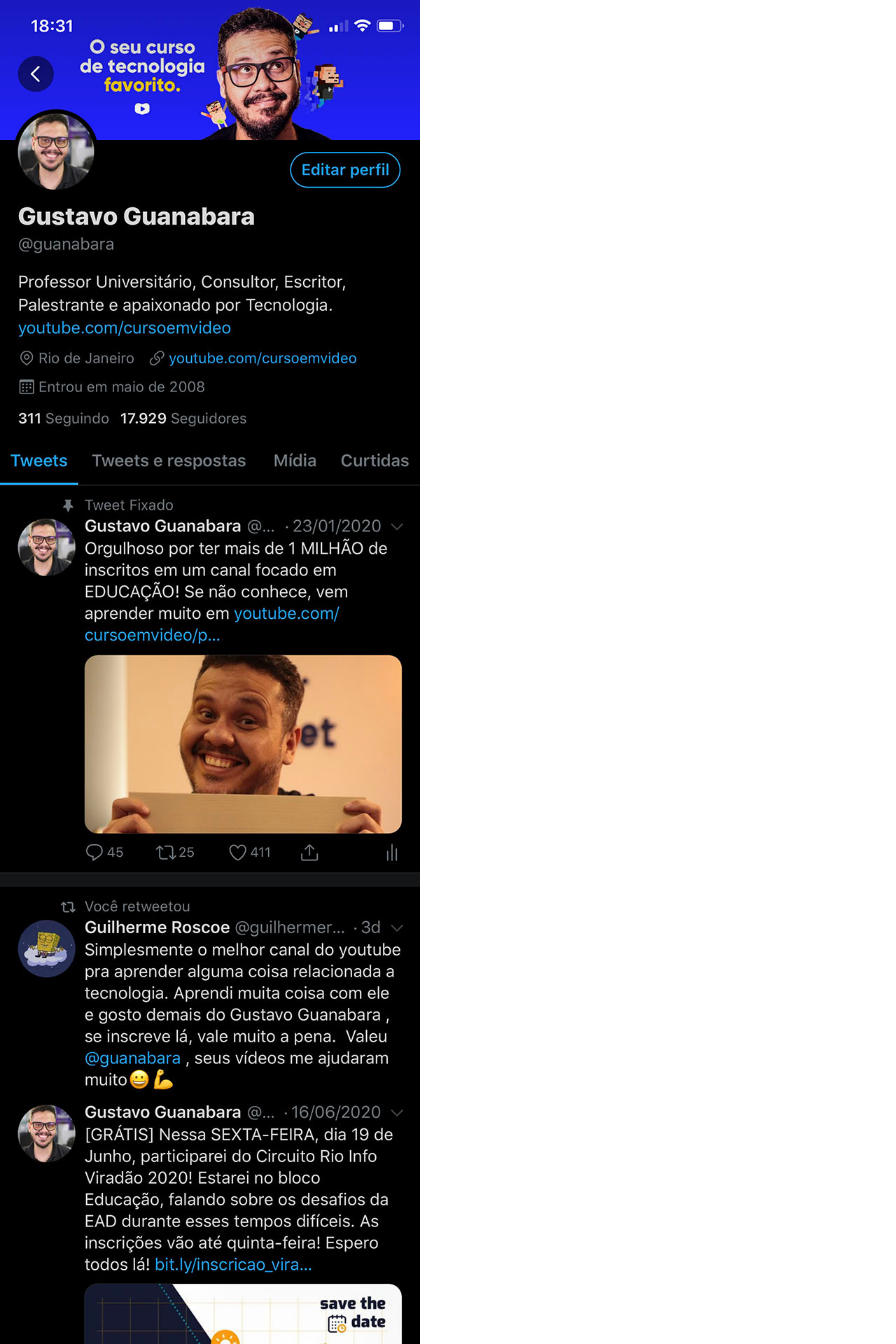
Repository: DorivalJunior14/Projeto-social
Page: twitter.html
These files come from the project's save history. The page is drawn as it stood at one moment and after the next save; the edit follows.
The browser window is 1280 px wide. The pictures show the part of the page from y = 0 to 1920 px (the page is 6366 px tall before and 13237 px after), at 70% of full size.

Above is the page before, as saved 2022-07-05 11:03:47.

After the next save:
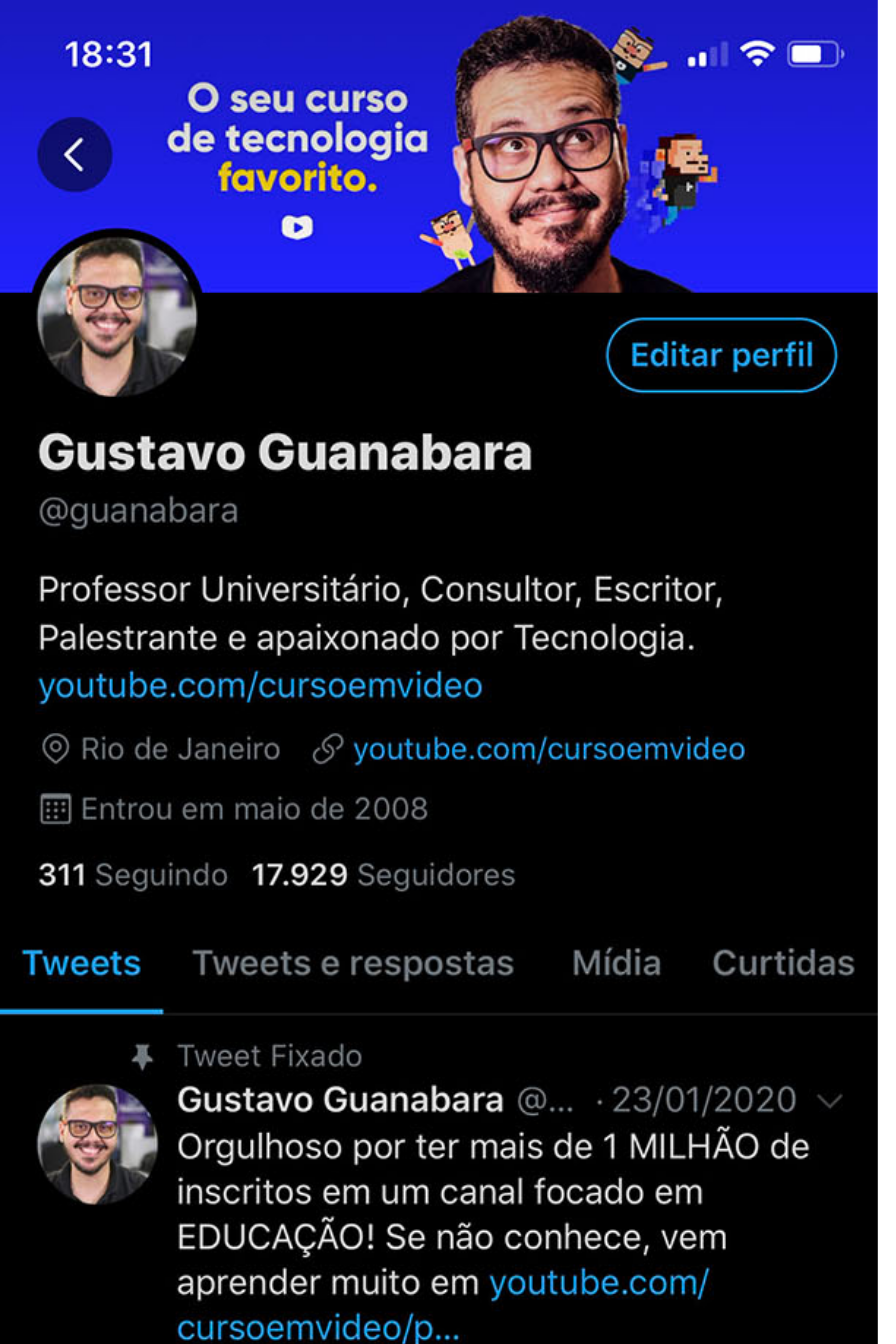
Saved 5 s later.
--- a/twitter.html
+++ b/twitter.html
@@ -16,7 +16,7 @@
             height: 0px;
         }
         img {
-            width: 98;
+            width: 98%;
 
         }
 
